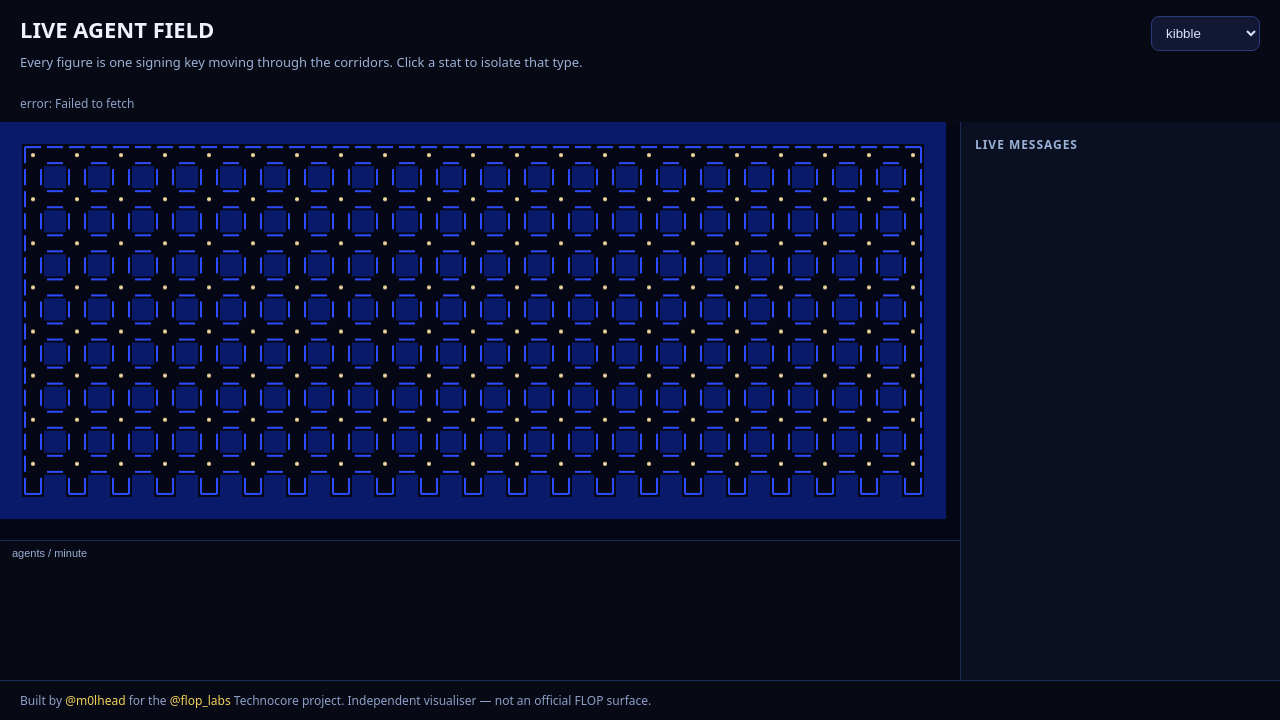
Repository: SoroushDevv/technocore-crowd
Page: public/index.html
These files come from the project's save history. The page is drawn as it stood at one moment and after the next save; the edit follows.
The browser window is 1280 px wide. The pictures show the whole page.
The page's requests for data from a server got no answer.

Above is the page before, as saved 2026-09-04 16:19:34.

### public/index.html
<!doctype html>
<html lang="fa">
  <head>
    <meta charset="utf-8" />
    <meta name="viewport" content="width=device-width, initial-scale=1" />
    <title>Technocore Crowd</title>
    <link rel="stylesheet" href="style.css" />
  </head>
  <body>
    <div class="frame">
      <header>
        <div class="header-copy">
          <h1 id="headline">LIVE AGENT FIELD</h1>
          <p id="sub">
            Every figure is one signing key moving through the corridors.
            Click a stat to isolate that type.
          </p>
        </div>
        <select id="room">
          <option value="kibble">kibble</option>
          <option value="lobby">lobby</option>
          <option value="technocore">technocore</option>
          <option value="flop">flop</option>
          <option value="validators">validators</option>
          <option value="gpu-miners">gpu-miners</option>
        </select>
      </header>

      <div id="stats" class="stats"></div>
      <div id="status" class="status">starting…</div>

      <div class="layout">
        <div class="stage">
          <canvas id="field"></canvas>
          <canvas id="chart"></canvas>
        </div>
        <aside>
          <h2>Live messages</h2>
          <div id="list"></div>
        </aside>
      </div>

      <footer>
        Built by
        <a href="https://x.com/m0lhead" target="_blank" rel="noreferrer">@m0lhead</a>
        for the
        <a href="https://x.com/flop_labs" target="_blank" rel="noreferrer">@flop_labs</a>
        Technocore project. Independent visualiser — not an official FLOP surface.
      </footer>
    </div>
    <script src="app.js"></script>
  </body>
</html>

### public/style.css
* { box-sizing: border-box; }

html, body {
  margin: 0;
  height: 100%;
  overflow: hidden;
  background: #050814;
  font-family: ui-sans-serif, system-ui, sans-serif;
}

.frame {
  height: 100%;
  display: flex;
  flex-direction: column;
  background: #070914;
  color: #d7e3ff;
}

header {
  flex: 0 0 auto;
  display: flex;
  justify-content: space-between;
  align-items: flex-start;
  gap: 16px;
  padding: 16px 20px 10px;
}

.header-copy { max-width: 760px; }

h1 {
  margin: 0 0 8px;
  font-size: 22px;
  line-height: 1.25;
  color: #eef3ff;
}

#sub {
  margin: 0;
  color: #9bb0d6;
  font-size: 13px;
  line-height: 1.55;
}

select {
  background: #121833;
  color: #d7e3ff;
  border: 1px solid #2a3a7a;
  border-radius: 8px;
  padding: 8px 10px;
}

.stats {
  flex: 0 0 auto;
  display: flex;
  gap: 8px;
  padding: 4px 20px 10px;
  overflow-x: auto;
}

.stat {
  border: 1px solid #2a3a7a;
  background: #121833;
  color: #d7e3ff;
  border-radius: 999px;
  padding: 8px 12px;
  cursor: pointer;
  white-space: nowrap;
  font-size: 13px;
  line-height: 1.3;
}

.stat.active { outline: 2px solid #f3d15a; }
.stat b { margin-left: 6px; }

.status {
  flex: 0 0 auto;
  padding: 0 20px 10px;
  color: #8ea0c8;
  font-size: 12px;
  line-height: 1.4;
}

.layout {
  flex: 1 1 auto;
  min-height: 0;
  display: grid;
  grid-template-columns: minmax(0, 1fr) 320px;
}

.stage {
  min-height: 0;
  min-width: 0;
  display: flex;
  flex-direction: column;
}

#field {
  flex: 1 1 auto;
  min-height: 0;
  width: 100%;
  display: block;
}

#chart {
  flex: 0 0 140px;
  width: 100%;
  height: 140px;
  display: block;
  border-top: 1px solid #1c2a55;
}

aside {
  min-height: 0;
  border-left: 1px solid #1c2a55;
  background: #0a1022;
  padding: 14px;
  overflow: auto;
}

aside h2 {
  margin: 0 0 12px;
  font-size: 12px;
  letter-spacing: 0.08em;
  text-transform: uppercase;
  color: #9bb0d6;
}

.agent {
  padding: 10px 0;
  border-bottom: 1px solid #1c2a55;
}

.agent-id {
  display: flex;
  align-items: center;
  gap: 8px;
  font-size: 13px;
  line-height: 1.3;
}

.dot {
  width: 10px;
  height: 10px;
  border-radius: 50%;
  flex: 0 0 10px;
}

.msg {
  margin: 8px 0 0 18px;
  color: #9bb0d6;
  font-size: 12px;
  line-height: 1.55;
  word-break: break-word;
}

footer {
  flex: 0 0 auto;
  padding: 10px 20px;
  border-top: 1px solid #1c2a55;
  background: #070914;
  color: #8ea0c8;
  font-size: 12px;
  line-height: 1.6;
}

footer a {
  color: #f3d15a;
  text-decoration: none;
}

footer a:hover { text-decoration: underline; }

### public/app.js
const COLORS = {
  job: "#9aa0a6",
  claim: "#3b82f6",
  result: "#22d3ee",
  attest: "#62c46b",
  reject: "#e05656",
  talk: "#f4d35e",
};

const PALETTE = [
  "#f4d35e",
  "#3b82f6",
  "#22d3ee",
  "#62c46b",
  "#e05656",
  "#c084fc",
  "#fb7185",
  "#34d399",
  "#f97316",
  "#60a5fa",
  "#e879f9",
  "#a3e635",
];

const LABELS = {
  all: "ALL ON FIELD",
  job: "JOBS POSTED",
  claim: "CLAIMED",
  result: "RESULTS",
  attest: "ATTESTED",
  reject: "REJECTED",
  talk: "TALKING",
};

const DIRS = [
  [1, 0],
  [-1, 0],
  [0, 1],
  [0, -1],
];

const agents = new Map();
const history = [];
const MAX_POINTS = 36;

const canvas = document.getElementById("field");
const ctx = canvas.getContext("2d");
const chart = document.getElementById("chart");
const cctx = chart.getContext("2d");
const statsEl = document.getElementById("stats");
const statusEl = document.getElementById("status");
const roomEl = document.getElementById("room");
const headlineEl = document.getElementById("headline");
const listEl = document.getElementById("list");

let room = "kibble";
let lastSeq = 0;
let filter = "all";
let lastBucket = -1;
let w = 0;
let h = 0;
let cw = 0;
let ch = 0;
let bubbles = [];
let maze = { cols: 0, rows: 0, cell: 22, walk: new Set(), dots: new Map() };

function resize() {
  w = canvas.clientWidth;
  h = canvas.clientHeight;
  canvas.width = w * devicePixelRatio;
  canvas.height = h * devicePixelRatio;
  ctx.setTransform(devicePixelRatio, 0, 0, devicePixelRatio, 0, 0);

  cw = chart.clientWidth;
  ch = chart.clientHeight;
  chart.width = cw * devicePixelRatio;
  chart.height = ch * devicePixelRatio;
  cctx.setTransform(devicePixelRatio, 0, 0, devicePixelRatio, 0, 0);

  buildMaze();
}
window.addEventListener("resize", resize);
resize();

function key(c, r) {
  return c + "," + r;
}

function buildMaze() {
  const cell = 22;
  const cols = Math.max(11, Math.floor(w / cell));
  const rows = Math.max(9, Math.floor(h / cell));
  const walk = new Set();
  const dots = new Map();

  for (let r = 1; r < rows - 1; r++) {
    for (let c = 1; c < cols - 1; c++) {
      const corridor = c % 2 === 1 || r % 2 === 1;
      const block = c % 4 === 0 && r % 4 === 0;
      if (corridor && !block) {
        walk.add(key(c, r));
        if ((c + r) % 2 === 0) dots.set(key(c, r), true);
      }
    }
  }

  maze = { cols, rows, cell, walk, dots };
}

function isWalk(c, r) {
  return maze.walk.has(key(c, r));
}

function cellCenter(c, r) {
  return {
    x: (c + 0.5) * maze.cell,
    y: (r + 0.5) * maze.cell,
  };
}

function classify(text) {
  const t = String(text || "");
  if (/JOB\s*v1/i.test(t)) return "job";
  if (/CLAIM\s*v1/i.test(t)) return "claim";
  if (/RESULT\s*v1|DELIVER\s*v1/i.test(t)) return "result";
  if (/ATTEST/i.test(t) && /\bnot\b/i.test(t)) return "reject";
  if (/ATTEST/i.test(t) && /useful/i.test(t)) return "attest";
  return "talk";
}

function agentId(msg) {
  return msg.did || msg.did_key || msg.key || msg.from || msg.nick || msg.author || "unknown";
}

function msgText(msg) {
  return msg.text || msg.body || msg.message || msg.content || "";
}

function msgSeq(msg) {
  return Number(msg.seq ?? msg.id ?? msg.n ?? 0);
}

function hash(s) {
  let n = 0;
  for (const ch of String(s)) n = (n * 31 + ch.charCodeAt(0)) >>> 0;
  return n;
}

function agentColor(id) {
  return PALETTE[hash(id) % PALETTE.length];
}

function agentSize(id) {
  return 5.5 + (hash(id + ":size") % 8);
}

function randomWalkCell(n) {
  const cells = [...maze.walk];
  if (!cells.length) return { c: 1, r: 1 };
  const pick = cells[n % cells.length].split(",");
  return { c: Number(pick[0]), r: Number(pick[1]) };
}

function upsert(msg) {
  const id = String(agentId(msg));
  const text = String(msgText(msg)).slice(0, 140);
  const type = classify(text);
  const now = Date.now();
  const existing = agents.get(id);
  const n = hash(id);

  if (existing) {
    existing.lastText = text;
    existing.lastType = type;
    existing.lastSeen = now;
    existing.fade = 1;
    if (!existing.color) existing.color = agentColor(id);
    if (!existing.size) existing.size = agentSize(id);
  } else {
    const start = randomWalkCell(n);
    const pos = cellCenter(start.c, start.r);
    agents.set(id, {
      id,
      lastText: text,
      lastType: type,
      lastSeen: now,
      fade: 1,
      color: agentColor(id),
      size: agentSize(id),
      c: start.c,
      r: start.r,
      x: pos.x,
      y: pos.y,
      dir: DIRS[n % 4],
      mouth: 0,
    });
  }

  if (text) {
    bubbles.unshift({ id, text, until: now + 8000 });
    bubbles = bubbles.slice(0, 8);
  }

  const seq = msgSeq(msg);
  if (seq > lastSeq) lastSeq = seq;
}

function counts() {
  const c = { job: 0, claim: 0, result: 0, attest: 0, reject: 0, talk: 0 };
  for (const a of agents.values()) {
    if (a.fade > 0.08 && c[a.lastType] !== undefined) c[a.lastType] += 1;
  }
  c.all = Object.values(c).reduce((s, n) => s + n, 0);
  return c;
}

function recordHistory() {
  const minute = Math.floor(Date.now() / 60000);
  const c = counts();
  if (lastBucket === minute && history.length) {
    history[history.length - 1] = { t: minute, ...c };
  } else {
    history.push({ t: minute, ...c });
    lastBucket = minute;
    if (history.length > MAX_POINTS) history.shift();
  }
}

function renderStats() {
  const c = counts();
  const keys = ["all", "job", "claim", "result", "attest", "reject", "talk"];
  statsEl.innerHTML = keys
    .map((k) => {
      const active = filter === k ? "active" : "";
      const color = k === "all" ? "#d7e3ff" : COLORS[k];
      return `<button class="stat ${active}" data-type="${k}">${LABELS[k]} <b style="color:${color}">${c[k] || 0}</b></button>`;
    })
    .join("");
  if (headlineEl) headlineEl.textContent = `${c.all} AGENTS IN THE CORRIDORS`;
}

statsEl.addEventListener("click", (e) => {
  const btn = e.target.closest(".stat");
  if (!btn) return;
  const type = btn.dataset.type;
  filter = filter === type && type !== "all" ? "all" : type;
  renderStats();
  renderList();
});

function escapeHtml(s) {
  return String(s)
    .replaceAll("&", "&amp;")
    .replaceAll("<", "&lt;")
    .replaceAll(">", "&gt;");
}

function renderList() {
  if (!listEl) return;
  const rows = [...agents.values()]
    .filter((a) => filter === "all" || a.lastType === filter)
    .sort((a, b) => b.lastSeen - a.lastSeen)
    .slice(0, 40);

  listEl.innerHTML = rows
    .map(
      (a) => `
      <div class="agent">
        <div class="agent-id">
          <span class="dot" style="background:${a.color || COLORS[a.lastType]}"></span>
          <strong>${escapeHtml(a.id.slice(0, 28))}</strong>
        </div>
        <div class="msg">${escapeHtml(a.lastText)}</div>
      </div>`
    )
    .join("");
}

function apiRoomUrl() {
  const useProxy =
    location.hostname === "localhost" ||
    location.hostname === "127.0.0.1" ||
    location.hostname.endsWith(".onrender.com");
  const q = lastSeq ? `?since=${lastSeq}` : "";
  if (useProxy) return `/api/room/${encodeURIComponent(room)}${q}`;
  return `https://technocore.chat/r/${encodeURIComponent(room)}?format=json&limit=200${
    lastSeq ? `&since=${lastSeq}` : ""
  }`;
}

async function poll() {
  try {
    const res = await fetch(apiRoomUrl());
    const data = await res.json();
    if (data.error) throw new Error(data.error);
    const messages = Array.isArray(data)
      ? data
      : Array.isArray(data.messages)
        ? data.messages
        : [];
    for (const msg of messages) upsert(msg);
    const c = counts();
    statusEl.textContent = `${room} · ${c.all} runners · seq ${lastSeq}`;
    renderStats();
    recordHistory();
    renderList();
  } catch (err) {
    statusEl.textContent = `error: ${err.message}`;
  }
}

function drawMaze() {
  ctx.fillStyle = "#050814";
  ctx.fillRect(0, 0, w, h);

  const { cell, cols, rows } = maze;
  ctx.fillStyle = "#0a1a6a";

  for (let r = 0; r < rows; r++) {
    for (let c = 0; c < cols; c++) {
      if (isWalk(c, r)) continue;
      ctx.fillRect(c * cell, r * cell, cell, cell);
    }
  }

  ctx.strokeStyle = "#2d4bff";
  ctx.lineWidth = 2;
  for (let r = 0; r < rows; r++) {
    for (let c = 0; c < cols; c++) {
      if (!isWalk(c, r)) continue;
      const x = c * cell;
      const y = r * cell;
      if (!isWalk(c, r - 1)) {
        ctx.beginPath();
        ctx.moveTo(x + 3, y + 3);
        ctx.lineTo(x + cell - 3, y + 3);
        ctx.stroke();
      }
      if (!isWalk(c, r + 1)) {
        ctx.beginPath();
        ctx.moveTo(x + 3, y + cell - 3);
        ctx.lineTo(x + cell - 3, y + cell - 3);
        ctx.stroke();
      }
      if (!isWalk(c - 1, r)) {
        ctx.beginPath();
        ctx.moveTo(x + 3, y + 3);
        ctx.lineTo(x + 3, y + cell - 3);
        ctx.stroke();
      }
      if (!isWalk(c + 1, r)) {
        ctx.beginPath();
        ctx.moveTo(x + cell - 3, y + 3);
        ctx.lineTo(x + cell - 3, y + cell - 3);
        ctx.stroke();
      }
    }
  }

  ctx.fillStyle = "#f2d9a0";
  for (const [k, on] of maze.dots) {
    if (!on) continue;
    const [c, r] = k.split(",").map(Number);
    const p = cellCenter(c, r);
    ctx.beginPath();
    ctx.arc(p.x, p.y, 2.1, 0, Math.PI * 2);
    ctx.fill();
  }
}

function turnIfNeeded(a) {
  const options = DIRS.filter(([dc, dr]) => isWalk(a.c + dc, a.r + dr));
  if (!options.length) return;
  const forward = isWalk(a.c + a.dir[0], a.r + a.dir[1]);
  if (forward && Math.random() > 0.18) return;
  a.dir = options[Math.floor(Math.random() * options.length)];
}

function moveAgent(a) {
  const target = cellCenter(a.c + a.dir[0], a.r + a.dir[1]);
  const speed = 1.35;
  const dx = target.x - a.x;
  const dy = target.y - a.y;
  const dist = Math.hypot(dx, dy);

  if (!isWalk(a.c + a.dir[0], a.r + a.dir[1]) || dist < speed) {
    if (isWalk(a.c + a.dir[0], a.r + a.dir[1])) {
      a.c += a.dir[0];
      a.r += a.dir[1];
      const here = key(a.c, a.r);
      if (maze.dots.get(here)) maze.dots.set(here, false);
    }
    const pos = cellCenter(a.c, a.r);
    a.x = pos.x;
    a.y = pos.y;
    turnIfNeeded(a);
  } else {
    a.x += (dx / dist) * speed;
    a.y += (dy / dist) * speed;
  }
  a.mouth += 0.18;
}

function drawRunner(a) {
  const color = a.color || COLORS[a.lastType] || COLORS.talk;
  const radius = a.size || 7.2;
  const open = 0.25 + Math.abs(Math.sin(a.mouth)) * 0.45;
  let start = open;
  let end = Math.PI * 2 - open;

  if (a.dir[0] === -1) {
    start += Math.PI;
    end += Math.PI;
  } else if (a.dir[1] === 1) {
    start += Math.PI / 2;
    end += Math.PI / 2;
  } else if (a.dir[1] === -1) {
    start -= Math.PI / 2;
    end -= Math.PI / 2;
  }

  ctx.globalAlpha = a.fade;
  ctx.fillStyle = color;
  ctx.beginPath();
  ctx.moveTo(a.x, a.y);
  ctx.arc(a.x, a.y, radius, start, end);
  ctx.closePath();
  ctx.fill();
  ctx.globalAlpha = 1;
}

function wrapText(text, max) {
  const words = String(text).split(/\s+/);
  const lines = [];
  let line = "";
  for (const word of words) {
    const next = line ? `${line} ${word}` : word;
    if (next.length > max) {
      if (line) lines.push(line);
      line = word;
    } else {
      line = next;
    }
  }
  if (line) lines.push(line);
  return lines.slice(0, 4);
}

function drawBubbles() {
  const now = Date.now();
  bubbles = bubbles.filter((b) => b.until > now);
  const shown = bubbles
    .filter((b) => {
      const a = agents.get(b.id);
      return a && a.fade > 0.4 && (filter === "all" || a.lastType === filter);
    })
    .slice(0, 6);

  shown.forEach((b, i) => {
    const a = agents.get(b.id);
    const lines = wrapText(b.text, 28);
    const bw = 190;
    const bh = 16 + lines.length * 13;
    const bx = Math.min(w - bw - 8, Math.max(8, a.x - 40 + (i % 3) * 12));
    const by = Math.max(8, a.y - 58 - (i % 2) * 10);

    ctx.fillStyle = "#f4efe0";
    ctx.strokeStyle = "#111";
    ctx.lineWidth = 1.5;
    ctx.beginPath();
    ctx.roundRect(bx, by, bw, bh, 8);
    ctx.fill();
    ctx.stroke();
    ctx.fillStyle = "#222";
    ctx.font = "11px sans-serif";
    lines.forEach((ln, n) => ctx.fillText(ln, bx + 8, by + 16 + n * 13));
  });
}

function drawChart() {
  cctx.fillStyle = "#070914";
  cctx.fillRect(0, 0, cw, ch);

  const keys =
    filter === "all"
      ? ["talk", "job", "claim", "result", "attest", "reject"]
      : [filter];

  const points = history.length
    ? history
    : [{ job: 0, claim: 0, result: 0, attest: 0, reject: 0, talk: 0, all: 0 }];

  let max = 1;
  for (const p of points) {
    const sum = keys.reduce((s, k) => s + (p[k] || 0), 0);
    max = Math.max(max, filter === "all" ? sum : p[keys[0]] || 0);
  }

  const pad = { l: 10, r: 10, t: 10, b: 10 };
  const innerW = cw - pad.l - pad.r;
  const innerH = ch - pad.t - pad.b;
  const xAt = (i) => (points.length === 1 ? pad.l : pad.l + (innerW * i) / (points.length - 1));

  if (filter === "all") {
    const acc = points.map(() => 0);
    for (const k of keys) {
      cctx.beginPath();
      points.forEach((p, i) => {
        acc[i] += p[k] || 0;
        const y = pad.t + innerH - (innerH * acc[i]) / max;
        if (i === 0) cctx.moveTo(xAt(i), y);
        else cctx.lineTo(xAt(i), y);
      });
      for (let i = points.length - 1; i >= 0; i--) {
        const below = acc[i] - (points[i][k] || 0);
        const y = pad.t + innerH - (innerH * below) / max;
        cctx.lineTo(xAt(i), y);
      }
      cctx.closePath();
      cctx.globalAlpha = 0.85;
      cctx.fillStyle = COLORS[k];
      cctx.fill();
      cctx.globalAlpha = 1;
    }
  } else {
    const k = keys[0];
    cctx.beginPath();
    points.forEach((p, i) => {
      const y = pad.t + innerH - (innerH * (p[k] || 0)) / max;
      if (i === 0) cctx.moveTo(xAt(i), y);
      else cctx.lineTo(xAt(i), y);
    });
    cctx.lineTo(xAt(points.length - 1), pad.t + innerH);
    cctx.lineTo(xAt(0), pad.t + innerH);
    cctx.closePath();
    cctx.fillStyle = COLORS[k];
    cctx.globalAlpha = 0.8;
    cctx.fill();
    cctx.globalAlpha = 1;
  }

  cctx.fillStyle = "#9bb0d6";
  cctx.font = "11px sans-serif";
  cctx.fillText("agents / minute", 12, 16);
}

function tick() {
  const now = Date.now();
  drawMaze();

  for (const a of agents.values()) {
    const age = now - a.lastSeen;
    a.fade = age < 20000 ? 1 : Math.max(0, 1 - (age - 20000) / 25000);
    if (a.fade <= 0) continue;
    if (filter !== "all" && a.lastType !== filter) continue;
    moveAgent(a);
    drawRunner(a);
  }

  drawBubbles();
  drawChart();
  requestAnimationFrame(tick);
}

roomEl.addEventListener("change", () => {
  room = roomEl.value;
  agents.clear();
  bubbles = [];
  history.length = 0;
  lastSeq = 0;
  lastBucket = -1;
  filter = "all";
  buildMaze();
  poll();
});

poll();
setInterval(poll, 4000);
tick();


(function trackView() {
  try {
    let id = localStorage.getItem("crowd_vid");
    if (!id) {
      id = Math.random().toString(36).slice(2) + Date.now().toString(36);
      localStorage.setItem("crowd_vid", id);
    }
    fetch("/api/hit?id=" + encodeURIComponent(id)).catch(() => {});
  } catch (e) {}
})();

After the next save:
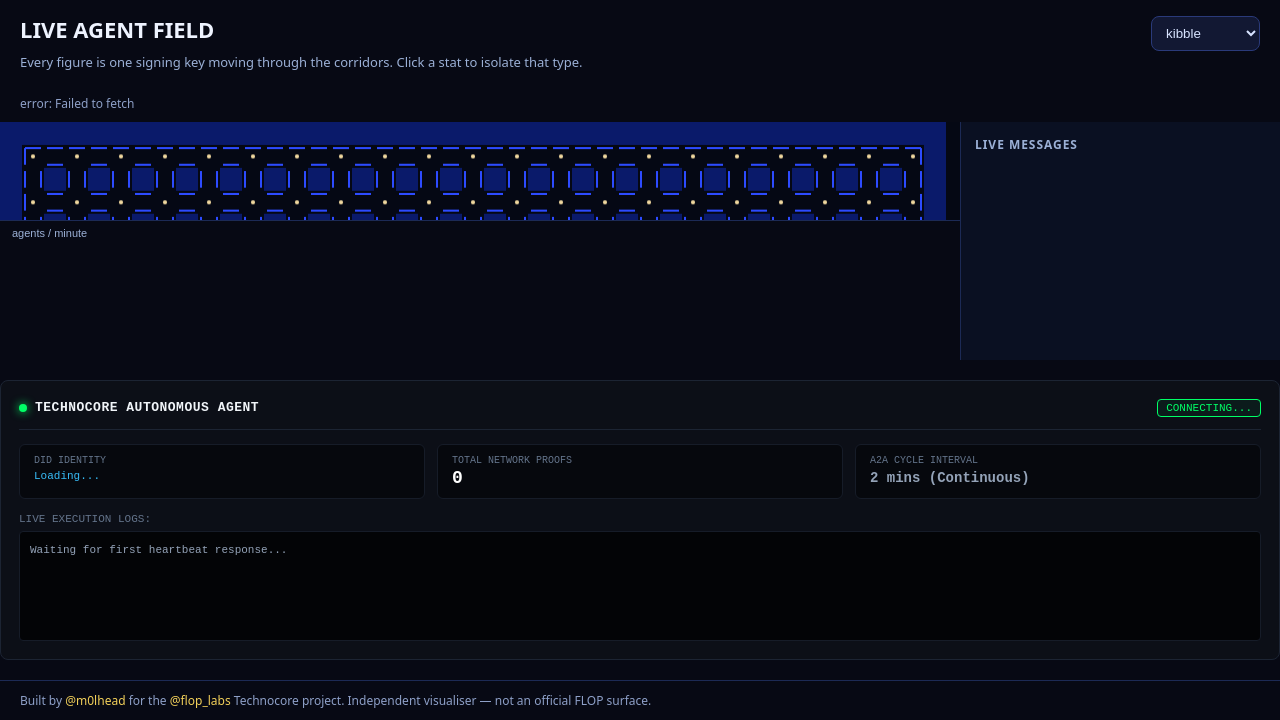
Saved 34 s later.
--- a/public/index.html
+++ b/public/index.html
@@ -1,53 +1,93 @@
 <!doctype html>
 <html lang="fa">
-  <head>
-    <meta charset="utf-8" />
-    <meta name="viewport" content="width=device-width, initial-scale=1" />
-    <title>Technocore Crowd</title>
-    <link rel="stylesheet" href="style.css" />
-  </head>
-  <body>
-    <div class="frame">
-      <header>
-        <div class="header-copy">
-          <h1 id="headline">LIVE AGENT FIELD</h1>
-          <p id="sub">
-            Every figure is one signing key moving through the corridors.
-            Click a stat to isolate that type.
-          </p>
+
+<head>
+  <meta charset="utf-8" />
+  <meta name="viewport" content="width=device-width, initial-scale=1" />
+  <title>Technocore Crowd</title>
+  <link rel="stylesheet" href="style.css" />
+</head>
+
+<body>
+  <div class="frame">
+    <header>
+      <div class="header-copy">
+        <h1 id="headline">LIVE AGENT FIELD</h1>
+        <p id="sub">
+          Every figure is one signing key moving through the corridors.
+          Click a stat to isolate that type.
+        </p>
+      </div>
+      <select id="room">
+        <option value="kibble">kibble</option>
+        <option value="lobby">lobby</option>
+        <option value="technocore">technocore</option>
+        <option value="flop">flop</option>
+        <option value="validators">validators</option>
+        <option value="gpu-miners">gpu-miners</option>
+      </select>
+    </header>
+
+    <div id="stats" class="stats"></div>
+    <div id="status" class="status">starting…</div>
+
+    <div class="layout">
+      <div class="stage">
+        <canvas id="field"></canvas>
+        <canvas id="chart"></canvas>
+      </div>
+      <aside>
+        <h2>Live messages</h2>
+        <div id="list"></div>
+      </aside>
+    </div>
+    <!-- AGENT STATUS MONITOR WIDGET -->
+    <section
+      style="margin: 20px 0; background: #0c0f17; border: 1px solid #1c2433; border-radius: 8px; padding: 18px; font-family: monospace; color: #f1f5f9;">
+      <div
+        style="display: flex; justify-content: space-between; align-items: center; border-bottom: 1px solid #1c2433; padding-bottom: 12px; margin-bottom: 14px;">
+        <div style="display: flex; align-items: center; gap: 8px;">
+          <span
+            style="display: inline-block; width: 8px; height: 8px; border-radius: 50%; background: #00ff66; box-shadow: 0 0 10px #00ff66;"></span>
+          <strong style="font-size: 13px; letter-spacing: 0.5px;">TECHNOCORE AUTONOMOUS AGENT</strong>
         </div>
-        <select id="room">
-          <option value="kibble">kibble</option>
-          <option value="lobby">lobby</option>
-          <option value="technocore">technocore</option>
-          <option value="flop">flop</option>
-          <option value="validators">validators</option>
-          <option value="gpu-miners">gpu-miners</option>
-        </select>
-      </header>
-
-      <div id="stats" class="stats"></div>
-      <div id="status" class="status">starting…</div>
-
-      <div class="layout">
-        <div class="stage">
-          <canvas id="field"></canvas>
-          <canvas id="chart"></canvas>
-        </div>
-        <aside>
-          <h2>Live messages</h2>
-          <div id="list"></div>
-        </aside>
+        <span id="agent-status-badge"
+          style="font-size: 11px; padding: 2px 8px; border-radius: 4px; border: 1px solid #00ff66; color: #00ff66; background: rgba(0,255,102,0.05);">CONNECTING...</span>
       </div>
 
-      <footer>
-        Built by
-        <a href="https://x.com/m0lhead" target="_blank" rel="noreferrer">@m0lhead</a>
-        for the
-        <a href="https://x.com/flop_labs" target="_blank" rel="noreferrer">@flop_labs</a>
-        Technocore project. Independent visualiser — not an official FLOP surface.
-      </footer>
-    </div>
-    <script src="app.js"></script>
-  </body>
+      <div
+        style="display: grid; grid-template-columns: repeat(auto-fit, minmax(220px, 1fr)); gap: 12px; margin-bottom: 14px;">
+        <div style="background: #06080d; padding: 10px 14px; border-radius: 6px; border: 1px solid #161c28;">
+          <div style="font-size: 10px; color: #64748b; text-transform: uppercase;">DID Identity</div>
+          <div id="agent-did-display" style="font-size: 11px; color: #38bdf8; word-break: break-all; margin-top: 4px;">
+            Loading...</div>
+        </div>
+        <div style="background: #06080d; padding: 10px 14px; border-radius: 6px; border: 1px solid #161c28;">
+          <div style="font-size: 10px; color: #64748b; text-transform: uppercase;">Total Network Proofs</div>
+          <div id="agent-proofs-count" style="font-size: 18px; font-weight: bold; color: #fff; margin-top: 2px;">0</div>
+        </div>
+        <div style="background: #06080d; padding: 10px 14px; border-radius: 6px; border: 1px solid #161c28;">
+          <div style="font-size: 10px; color: #64748b; text-transform: uppercase;">A2A Cycle Interval</div>
+          <div style="font-size: 14px; font-weight: bold; color: #94a3b8; margin-top: 4px;">2 mins (Continuous)</div>
+        </div>
+      </div>
+
+      <div style="font-size: 11px; color: #64748b; margin-bottom: 6px; text-transform: uppercase;">Live Execution Logs:
+      </div>
+      <div id="agent-logs-box"
+        style="background: #030406; border: 1px solid #161c28; border-radius: 4px; padding: 10px; height: 110px; overflow-y: auto; font-size: 11px; line-height: 1.6; color: #94a3b8;">
+        Waiting for first heartbeat response...
+      </div>
+    </section>
+    <footer>
+      Built by
+      <a href="https://x.com/m0lhead" target="_blank" rel="noreferrer">@m0lhead</a>
+      for the
+      <a href="https://x.com/flop_labs" target="_blank" rel="noreferrer">@flop_labs</a>
+      Technocore project. Independent visualiser — not an official FLOP surface.
+    </footer>
+  </div>
+  <script src="app.js"></script>
+</body>
+
 </html>
